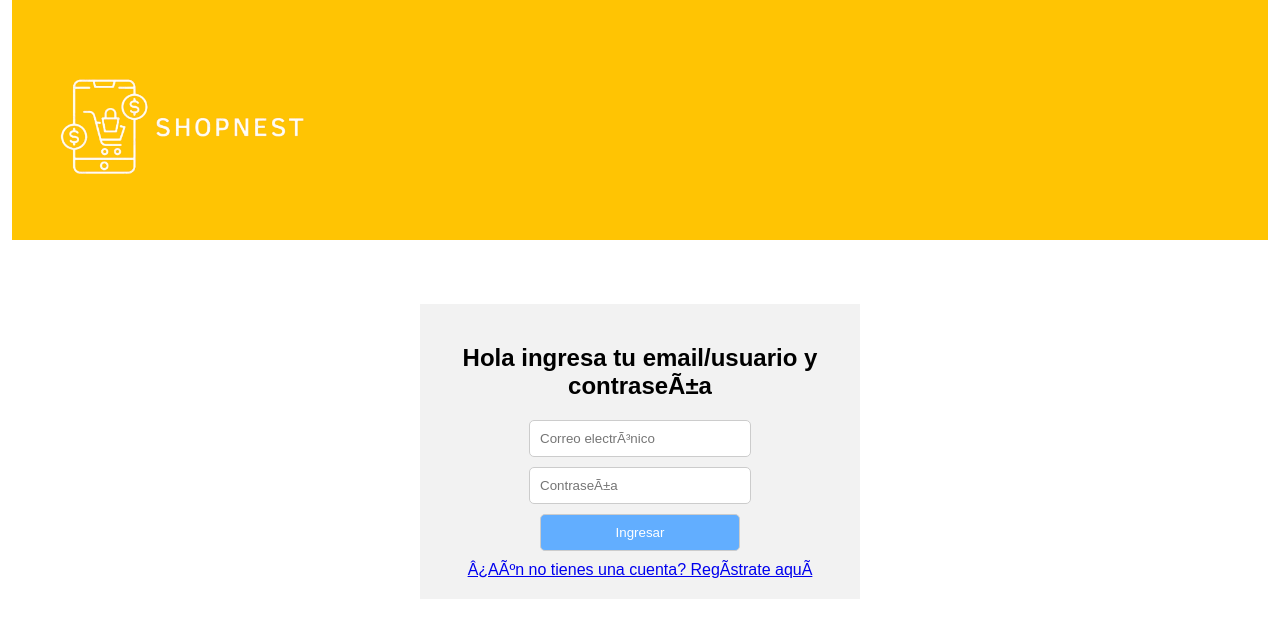
Repository: Regmalek07/ProyectoU
Page: inicio_sesion.html
An editor plug-in stored every save of this project. The page is shown before and after the next save, followed by the edit.
The browser window is 1280 px wide. The pictures show the whole page.

Above is the page before, as saved 2024-04-28 20:49:50.

### inicio_sesion.html
<!DOCTYPE html>
<html>
    <head lang="es">
        <meta charset="UFT-8">
        <title>Pagina de prueba</title>
        <link rel="stylesheet" href="styles.css">
    </head>
    <body>
        <header>
            <div class="logo">
                <a href="home.html">
                    <img src="Logo_1.png" alt="Logo de tu empresa">
                </a>
            </div>
            <nav>
                <!-- Aquí podrías agregar un menú de navegación si lo deseas -->
            </nav>
        </header>
        <section class="landing">
            <h1>Hola ingresa tu email/usuario y contraseña</h1>
            <form id="login-form">
                <input type="email" name="correo" placeholder="Correo electrónico" required>
                <input type="password" name="contrasena" placeholder="Contraseña" required>
                <button type="submit">Ingresar</button>
            </form>
            <a href="registro.html">¿Aún no tienes una cuenta? Regístrate aquí</a>
        </section>
        <script src="login.js"></script>
    </body>
</html>

### styles.css
body {
    font-family: Arial, sans-serif;
    margin: 0;
    padding: 0;
    display: flex;
    flex-direction: column;
    align-items: center;
}

h1 {
    text-align: center;
}

p {
    text-align: center;
}
/* Estilos para el banner */

header {
    background-color: #ffc403;
    padding: 20px;
    display: flex;
    justify-content: space-between;
    align-items: center;
    max-height: 200px;
    width: 95%;
}

.logo img {
    width: 300px; /* Ajusta el tamaño de tu logo según sea necesario */
}

/* Estilos para la sección de landing */
.landing {
    background-color: #f2f2f2;
    margin: 5% 0;
    padding: 20px;
    text-align: center;
    max-width: 400px;
}

/* Estilos para los formularios */
input[type="email"],
input[type="password"],
button {
    margin: 10px auto;
    padding: 10px;
    width: 200px;
    display: block;
    border: 1px solid #ccc;
    border-radius: 5px;
}

button {
    background-color: #62aeff;
    color: #fff;
    cursor: pointer;
}

### login.js
document.getElementById("login-form").addEventListener("submit", function(event) {
    event.preventDefault(); // Evitar el envío del formulario por defecto

    var formData = new FormData(this); // Obtener los datos del formulario

    // Convertir los datos del formulario a un objeto JSON
    var jsonData = {};
    formData.forEach(function(value, key) {
        jsonData[key] = value;
    });

    // Enviar los datos de inicio de sesión al servidor
    fetch('http://localhost:3000/usuarios?correo=' + encodeURIComponent(jsonData.correo) + '&contrasena=' + encodeURIComponent(jsonData.contrasena))
    .then(response => response.json())
    .then(data => {
        if (data.length > 0) {
            // Usuario autenticado, redirigir a la página de catálogo
            window.location.href = 'catalogo.html'; // Cambiar a la URL de tu página de catálogo
        } else {
            // Credenciales incorrectas, mostrar un mensaje de error
            alert('Usuario o contraseña incorrectos. Por favor, inténtelo de nuevo.');
        }
    })
    .catch((error) => {
        console.error('Error al iniciar sesión:', error);
    });
});

After the next save:
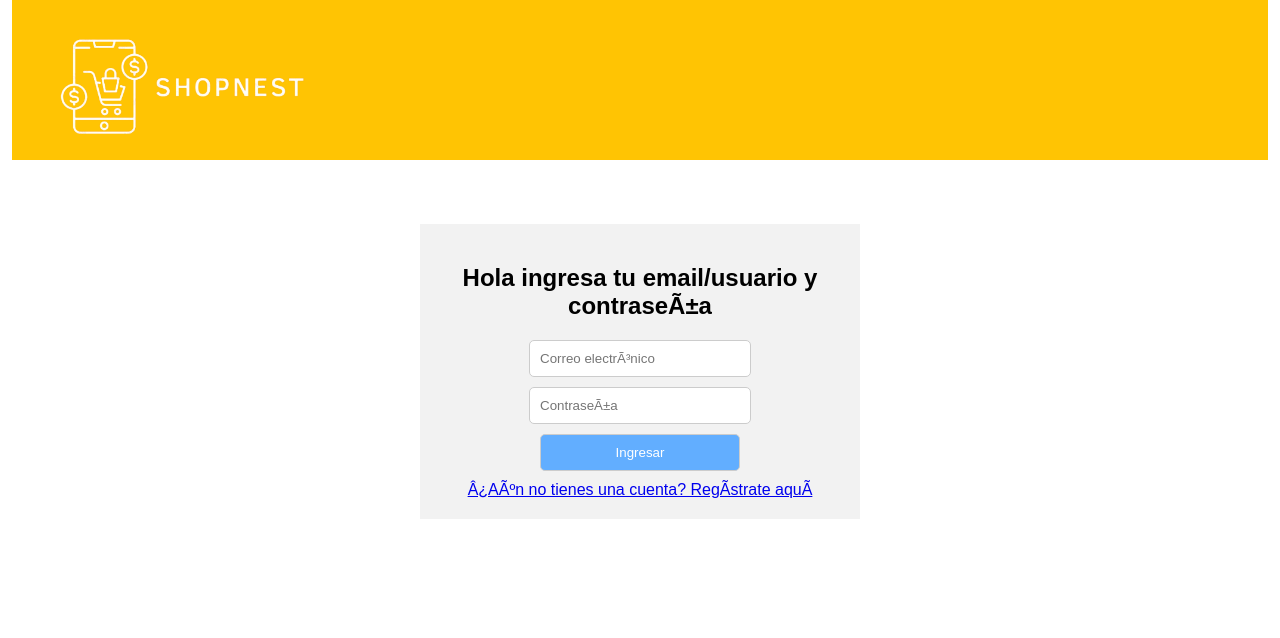
Saved 4 min 38 s later.
--- a/styles.css
+++ b/styles.css
@@ -22,7 +22,7 @@
     display: flex;
     justify-content: space-between;
     align-items: center;
-    max-height: 200px;
+    max-height: 120px;
     width: 95%;
 }
 
